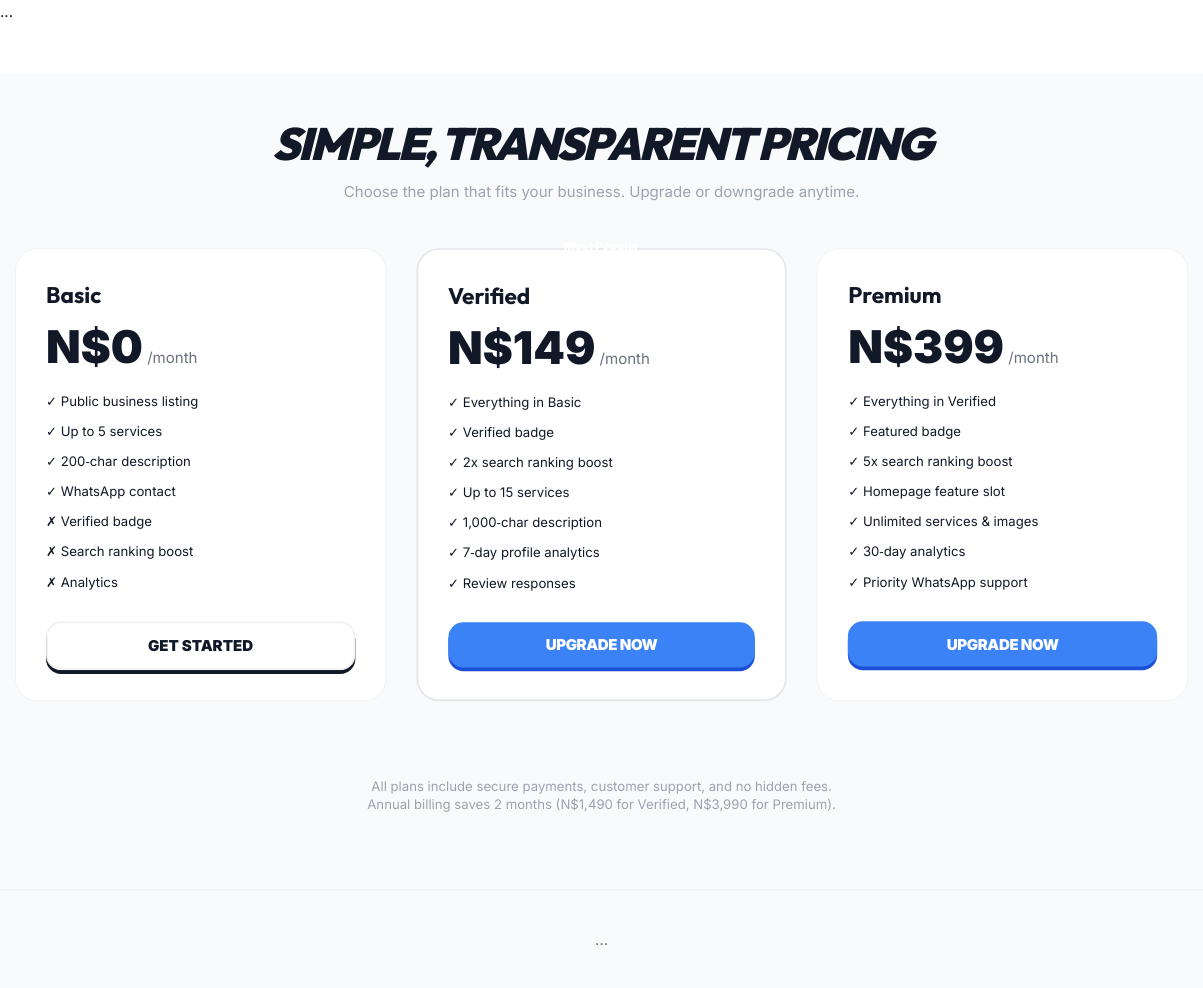
Repository: Paavo12/Localink
Page: frontend/pricing.html
These files come from the project's save history. The page is drawn as it stood at one moment and after the next save; the edit follows.
The browser window is 1280 px wide. The pictures show the whole page, at 94% of full size.
Some web libraries are served in a nearby version.

Above is the page before, as saved 2026-05-21 10:43:19.

After the next save:
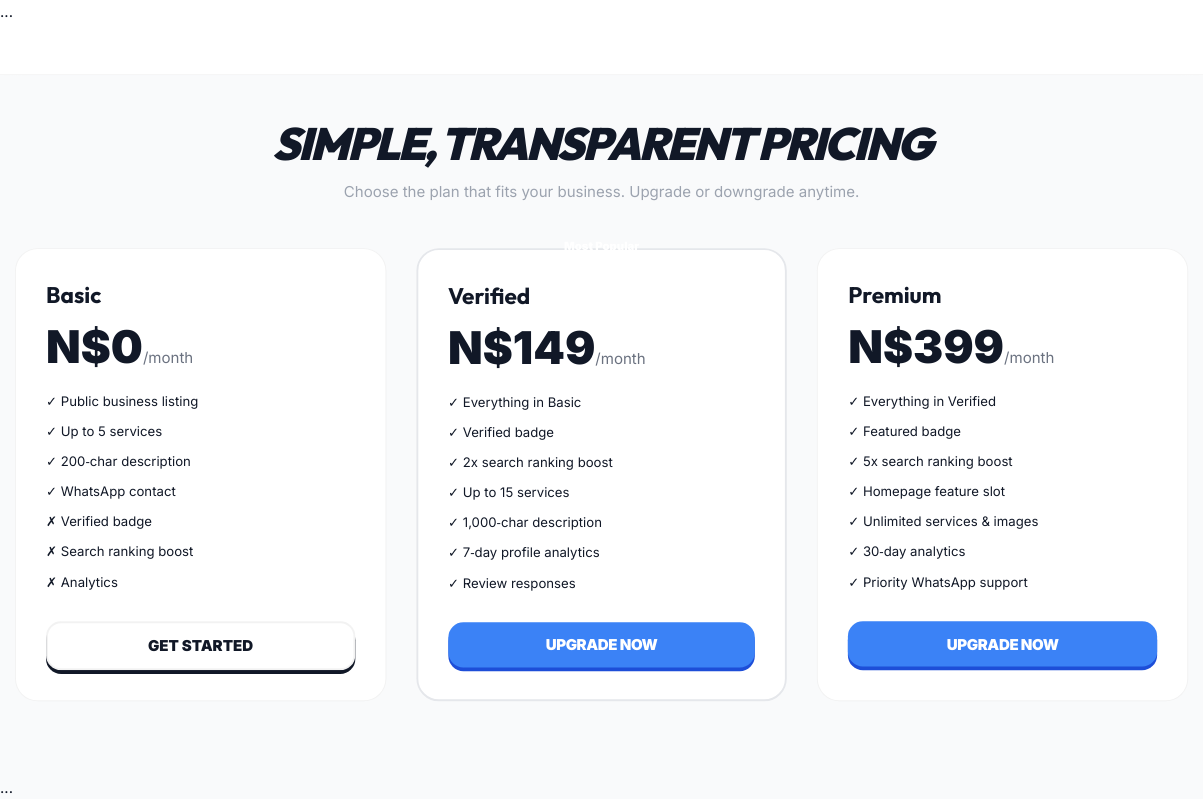
Saved 15 s later.
--- a/frontend/pricing.html
+++ b/frontend/pricing.html
@@ -10,7 +10,6 @@
 </head>
 <body class="bg-[var(--bg-main)] text-[var(--text-main)]">
 
-  <!-- Navbar -->
   <nav class="fixed top-0 left-0 right-0 z-50 glass-nav h-20">...</nav>
 
   <main class="pt-32 pb-20 max-w-7xl mx-auto px-4">
@@ -21,74 +20,39 @@
       <!-- Basic -->
       <div class="bg-[var(--card-bg)] rounded-3xl border border-[var(--border-main)] p-8">
         <h2 class="text-2xl font-bold">Basic</h2>
-        <div class="mt-4 mb-6">
-          <span class="text-5xl font-black">N$0</span>
-          <span class="text-gray-500">/month</span>
-        </div>
+        <div class="mt-4 mb-6"><span class="text-5xl font-black">N$0</span><span class="text-gray-500">/month</span></div>
         <ul class="space-y-3 text-sm">
-          <li>✓ Public business listing</li>
-          <li>✓ Up to 5 services</li>
-          <li>✓ 200‑char description</li>
-          <li>✓ WhatsApp contact</li>
-          <li>✗ Verified badge</li>
-          <li>✗ Search ranking boost</li>
-          <li>✗ Analytics</li>
+          <li>✓ Public business listing</li><li>✓ Up to 5 services</li><li>✓ 200‑char description</li>
+          <li>✓ WhatsApp contact</li><li>✗ Verified badge</li><li>✗ Search ranking boost</li><li>✗ Analytics</li>
         </ul>
-        <div class="mt-8">
-          <a href="register.html" class="btn-secondary w-full text-center block">Get Started</a>
-        </div>
+        <div class="mt-8"><a href="register.html" class="btn-secondary w-full text-center block">Get Started</a></div>
       </div>
-
       <!-- Verified -->
       <div class="bg-[var(--card-bg)] rounded-3xl border-2 border-accent p-8 relative">
         <div class="absolute -top-4 left-1/2 transform -translate-x-1/2 bg-accent text-white text-xs font-black px-4 py-1 rounded-full">Most Popular</div>
         <h2 class="text-2xl font-bold">Verified</h2>
-        <div class="mt-4 mb-6">
-          <span class="text-5xl font-black">N$149</span>
-          <span class="text-gray-500">/month</span>
-        </div>
+        <div class="mt-4 mb-6"><span class="text-5xl font-black">N$149</span><span class="text-gray-500">/month</span></div>
         <ul class="space-y-3 text-sm">
-          <li>✓ Everything in Basic</li>
-          <li>✓ Verified badge</li>
-          <li>✓ 2x search ranking boost</li>
-          <li>✓ Up to 15 services</li>
-          <li>✓ 1,000‑char description</li>
-          <li>✓ 7‑day profile analytics</li>
+          <li>✓ Everything in Basic</li><li>✓ Verified badge</li><li>✓ 2x search ranking boost</li>
+          <li>✓ Up to 15 services</li><li>✓ 1,000‑char description</li><li>✓ 7‑day profile analytics</li>
           <li>✓ Review responses</li>
         </ul>
-        <div class="mt-8">
-          <a href="checkout.html?plan=verified" class="btn-primary w-full text-center block">Upgrade Now</a>
-        </div>
+        <div class="mt-8"><a href="checkout.html?plan=verified" class="btn-primary w-full text-center block">Upgrade Now</a></div>
       </div>
-
       <!-- Premium -->
       <div class="bg-[var(--card-bg)] rounded-3xl border border-[var(--border-main)] p-8">
         <h2 class="text-2xl font-bold">Premium</h2>
-        <div class="mt-4 mb-6">
-          <span class="text-5xl font-black">N$399</span>
-          <span class="text-gray-500">/month</span>
-        </div>
+        <div class="mt-4 mb-6"><span class="text-5xl font-black">N$399</span><span class="text-gray-500">/month</span></div>
         <ul class="space-y-3 text-sm">
-          <li>✓ Everything in Verified</li>
-          <li>✓ Featured badge</li>
-          <li>✓ 5x search ranking boost</li>
-          <li>✓ Homepage feature slot</li>
-          <li>✓ Unlimited services & images</li>
-          <li>✓ 30‑day analytics</li>
+          <li>✓ Everything in Verified</li><li>✓ Featured badge</li><li>✓ 5x search ranking boost</li>
+          <li>✓ Homepage feature slot</li><li>✓ Unlimited services & images</li><li>✓ 30‑day analytics</li>
           <li>✓ Priority WhatsApp support</li>
         </ul>
-        <div class="mt-8">
-          <a href="checkout.html?plan=premium" class="btn-primary w-full text-center block">Upgrade Now</a>
-        </div>
+        <div class="mt-8"><a href="checkout.html?plan=premium" class="btn-primary w-full text-center block">Upgrade Now</a></div>
       </div>
-    </div>
-
-    <div class="mt-20 text-center text-gray-400 text-sm">
-      <p>All plans include secure payments, customer support, and no hidden fees. <br>Annual billing saves 2 months (N$1,490 for Verified, N$3,990 for Premium).</p>
     </div>
   </main>
 
-  <!-- Footer -->
-  <footer class="bg-[var(--bg-main)] border-t border-[var(--border-main)] py-10 text-center text-gray-500">...</footer>
+  <footer>...</footer>
 </body>
 </html>

After the save that followed:
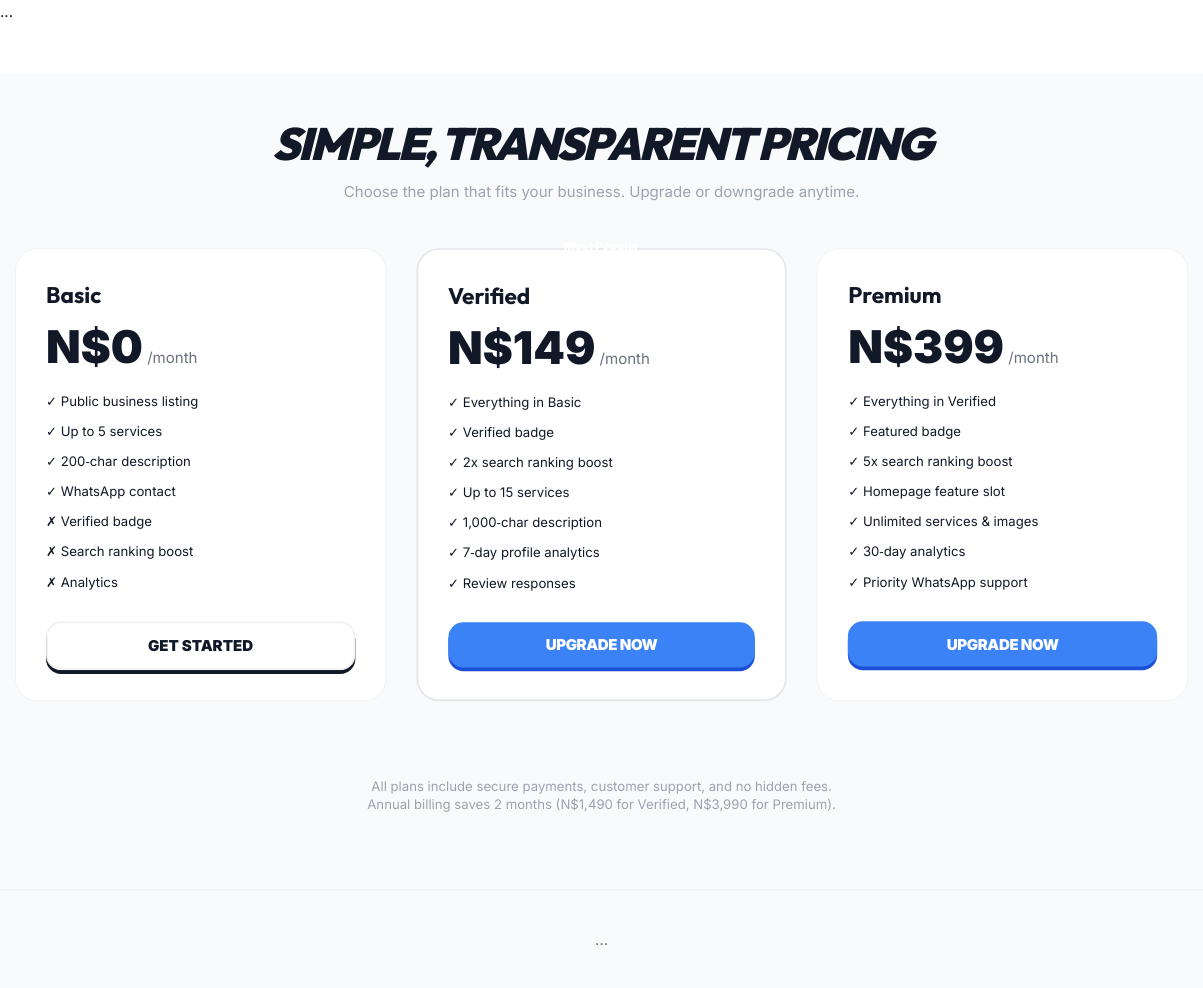
Saved 5 s later.
--- a/frontend/pricing.html
+++ b/frontend/pricing.html
@@ -10,6 +10,7 @@
 </head>
 <body class="bg-[var(--bg-main)] text-[var(--text-main)]">
 
+  <!-- Navbar -->
   <nav class="fixed top-0 left-0 right-0 z-50 glass-nav h-20">...</nav>
 
   <main class="pt-32 pb-20 max-w-7xl mx-auto px-4">
@@ -20,39 +21,74 @@
       <!-- Basic -->
       <div class="bg-[var(--card-bg)] rounded-3xl border border-[var(--border-main)] p-8">
         <h2 class="text-2xl font-bold">Basic</h2>
-        <div class="mt-4 mb-6"><span class="text-5xl font-black">N$0</span><span class="text-gray-500">/month</span></div>
+        <div class="mt-4 mb-6">
+          <span class="text-5xl font-black">N$0</span>
+          <span class="text-gray-500">/month</span>
+        </div>
         <ul class="space-y-3 text-sm">
-          <li>✓ Public business listing</li><li>✓ Up to 5 services</li><li>✓ 200‑char description</li>
-          <li>✓ WhatsApp contact</li><li>✗ Verified badge</li><li>✗ Search ranking boost</li><li>✗ Analytics</li>
+          <li>✓ Public business listing</li>
+          <li>✓ Up to 5 services</li>
+          <li>✓ 200‑char description</li>
+          <li>✓ WhatsApp contact</li>
+          <li>✗ Verified badge</li>
+          <li>✗ Search ranking boost</li>
+          <li>✗ Analytics</li>
         </ul>
-        <div class="mt-8"><a href="register.html" class="btn-secondary w-full text-center block">Get Started</a></div>
+        <div class="mt-8">
+          <a href="register.html" class="btn-secondary w-full text-center block">Get Started</a>
+        </div>
       </div>
+
       <!-- Verified -->
       <div class="bg-[var(--card-bg)] rounded-3xl border-2 border-accent p-8 relative">
         <div class="absolute -top-4 left-1/2 transform -translate-x-1/2 bg-accent text-white text-xs font-black px-4 py-1 rounded-full">Most Popular</div>
         <h2 class="text-2xl font-bold">Verified</h2>
-        <div class="mt-4 mb-6"><span class="text-5xl font-black">N$149</span><span class="text-gray-500">/month</span></div>
+        <div class="mt-4 mb-6">
+          <span class="text-5xl font-black">N$149</span>
+          <span class="text-gray-500">/month</span>
+        </div>
         <ul class="space-y-3 text-sm">
-          <li>✓ Everything in Basic</li><li>✓ Verified badge</li><li>✓ 2x search ranking boost</li>
-          <li>✓ Up to 15 services</li><li>✓ 1,000‑char description</li><li>✓ 7‑day profile analytics</li>
+          <li>✓ Everything in Basic</li>
+          <li>✓ Verified badge</li>
+          <li>✓ 2x search ranking boost</li>
+          <li>✓ Up to 15 services</li>
+          <li>✓ 1,000‑char description</li>
+          <li>✓ 7‑day profile analytics</li>
           <li>✓ Review responses</li>
         </ul>
-        <div class="mt-8"><a href="checkout.html?plan=verified" class="btn-primary w-full text-center block">Upgrade Now</a></div>
+        <div class="mt-8">
+          <a href="checkout.html?plan=verified" class="btn-primary w-full text-center block">Upgrade Now</a>
+        </div>
       </div>
+
       <!-- Premium -->
       <div class="bg-[var(--card-bg)] rounded-3xl border border-[var(--border-main)] p-8">
         <h2 class="text-2xl font-bold">Premium</h2>
-        <div class="mt-4 mb-6"><span class="text-5xl font-black">N$399</span><span class="text-gray-500">/month</span></div>
+        <div class="mt-4 mb-6">
+          <span class="text-5xl font-black">N$399</span>
+          <span class="text-gray-500">/month</span>
+        </div>
         <ul class="space-y-3 text-sm">
-          <li>✓ Everything in Verified</li><li>✓ Featured badge</li><li>✓ 5x search ranking boost</li>
-          <li>✓ Homepage feature slot</li><li>✓ Unlimited services & images</li><li>✓ 30‑day analytics</li>
+          <li>✓ Everything in Verified</li>
+          <li>✓ Featured badge</li>
+          <li>✓ 5x search ranking boost</li>
+          <li>✓ Homepage feature slot</li>
+          <li>✓ Unlimited services & images</li>
+          <li>✓ 30‑day analytics</li>
           <li>✓ Priority WhatsApp support</li>
         </ul>
-        <div class="mt-8"><a href="checkout.html?plan=premium" class="btn-primary w-full text-center block">Upgrade Now</a></div>
+        <div class="mt-8">
+          <a href="checkout.html?plan=premium" class="btn-primary w-full text-center block">Upgrade Now</a>
+        </div>
       </div>
+    </div>
+
+    <div class="mt-20 text-center text-gray-400 text-sm">
+      <p>All plans include secure payments, customer support, and no hidden fees. <br>Annual billing saves 2 months (N$1,490 for Verified, N$3,990 for Premium).</p>
     </div>
   </main>
 
-  <footer>...</footer>
+  <!-- Footer -->
+  <footer class="bg-[var(--bg-main)] border-t border-[var(--border-main)] py-10 text-center text-gray-500">...</footer>
 </body>
 </html>
